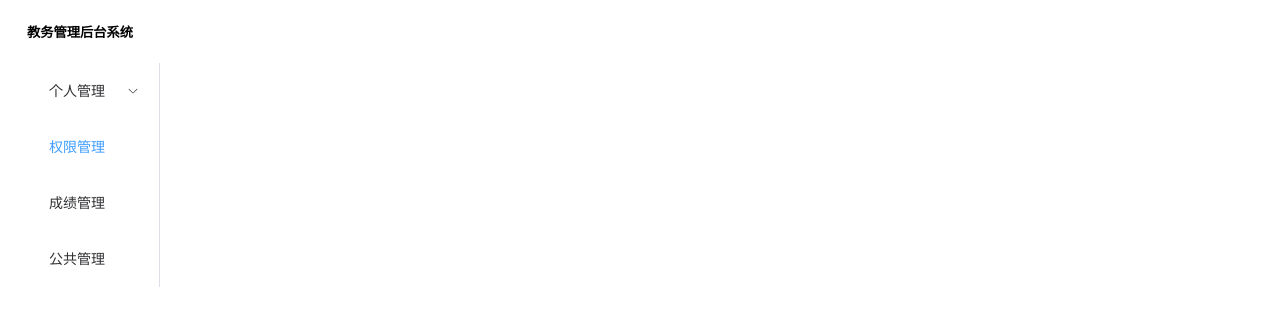
Repository: songlin-q/EducationalAdministrationSysTem
Page: /Reedit (app in EducationalAdministrationSystemUI/educationsystem/)
The author's editor kept a copy of each file at every save. The page is drawn from the files as they stood at one save, then again after the next save.
The browser window is 1280 px wide. The pictures show the whole page.
The project was rebuilt for these pictures with package versions that can differ from the ones it lists, and the page was loaded fresh each time. Also part of the build but not shown: EducationalAdministrationSystemUI/educationsystem/vue.config.js, EducationalAdministrationSystemUI/educationsystem/src/components/HelloWorld.vue, EducationalAdministrationSystemUI/educationsystem/src/components/Identity/IdentityCode.vue, EducationalAdministrationSystemUI/educationsystem/src/components/Identity/IdentityCode2.vue, EducationalAdministrationSystemUI/educationsystem/src/components/MainOne.vue.

Above is the page before, as saved 2022-05-24 11:37:44.

### EducationalAdministrationSystemUI/educationsystem/src/main.js

import { createApp } from 'vue'
import ElementPlus from 'element-plus'
import 'element-plus/dist/index.css'

import App from './App.vue'
import './assets/css/global.css'//引入全局样式表
import Router from './router/index'

// axios.defaults.baseURL="http://localhost:5072/";//基本路径

var app=createApp(App);
// app.config.globalProperties.$http=axios
app.use(ElementPlus);
app.use(Router);

app.mount('#app')

### EducationalAdministrationSystemUI/educationsystem/src/App.vue
<template>
  <router-view></router-view>
</template>

<script>
export default {
  name: "App",
};
</script>

<style>
#app {
  font-family: Avenir, Helvetica, Arial, sans-serif;
  -webkit-font-smoothing: antialiased;
  -moz-osx-font-smoothing: grayscale;
  text-align: center;
  color: #2c3e50;
  margin-top: 60px;
}
</style>

### EducationalAdministrationSystemUI/educationsystem/src/assets/css/global.css
/* 全局样式表 */
html,
body,
#app {
    height: 100%;
    margin: 0;
    padding: 0;
    color: black;
}

### EducationalAdministrationSystemUI/educationsystem/src/router/index.js
import { createWebHistory, createRouter,RootRecordRaw } from 'vue-router'//导入路由
import HelloWorld from '../components/HelloWorld.vue'
import MainInfo from '../components/MainInfo.vue'
import LoginInfo from '../components/LoginInfo.vue'
import MainOne from '../components/MainOne.vue'
//定义路由
const routes = [{
    path: '/',//组件一，path和component可以乱写，
                       //只要保持path与前面to，component和import两处相同即可
    component: LoginInfo,
    name:LoginInfo


},
{
    path: '/Reedit',//组件一，path和component可以乱写，
                       //只要保持path与前面to，component和import两处相同即可
    component: MainInfo,
    name:MainInfo,

},
{
    path: '/HelloWorld',//组件一，path和component可以乱写，
                       //只要保持path与前面to，component和import两处相同即可
    component: HelloWorld,
    name:HelloWorld,

},
{
    path: '/MainOne',//组件一，path和component可以乱写，
                       //只要保持path与前面to，component和import两处相同即可
    component: MainOne,
    name:MainOne,

},
{
    path: '/MainInfo',//组件一，path和component可以乱写，
                       //只要保持path与前面to，component和import两处相同即可
    component: MainInfo,
    name:MainInfo,

}
]
const router = createRouter({
    history: createWebHistory(),
    routes
  })

  export default router

### EducationalAdministrationSystemUI/educationsystem/src/components/MainInfo.vue
<template>
  <el-row class="tac">
    <el-col :span="3">
      <h5 class="mb-2">教务管理后台系统</h5>
      <el-menu
        default-active="2"
        class="el-menu-vertical-demo"
        @open="handleOpen"
        @close="handleClose"
      >
        <el-sub-menu index="1">
          <template #title>
            <el-icon><location /></el-icon>
            <span>个人管理</span>
          </template>
          <el-menu-item index="1-1">item one</el-menu-item>
          <el-menu-item index="1-2">item one</el-menu-item>
        </el-sub-menu>
        <el-menu-item index="2">
          <el-icon><icon-menu /></el-icon>
          <span>权限管理</span>
        </el-menu-item>
        <el-menu-item index="3">
          <el-icon><document /></el-icon>
          <span>成绩管理</span>
        </el-menu-item>
        <el-menu-item index="4">
          <el-icon><setting /></el-icon>
          <span>公共管理</span>
        </el-menu-item>
      </el-menu>
    </el-col>
  </el-row>
</template>
<script>
import {
  Document,
  Menu as IconMenu,
  Location,
  Setting,
} from "@element-plus/icons-vue";
import { GetJwtStr } from "../api/api";
export default {
  data() {
    return {
      values: "",
    };
  },
  methods: {
    requestHttp() {
      GetJwtStr().then((res) => {
        alert(res.data);
      });
    },
  },
};
</script>

### EducationalAdministrationSystemUI/educationsystem/src/components/LoginInfo.vue
<template>
  <div style="width: 100%; height: 100%" id="bcdiv">
    <el-row
      class="row-bg"
      justify="space-evenly"
      align="middle"
      style="height: 100%"
    >
      <el-col :span="8"
        ><div class="grid-content bg-purple">
          <el-row style="width: 100%" justify="space-evenly">
            <h1>教务管理后台系统</h1>
          </el-row>
          <!-- 头像显示 -->
          <el-row>
            <el-col justify="space-evenly" style="width: 100%">
              <div class="demo-basic--circle">
                <div class="block">
                  <el-avatar :size="200" :src="circleUrl" />
                </div>
              </div>
            </el-col>
          </el-row>
          <!-- 用户名、密码输入框 -->
          <el-row style="width: 100%" justify="space-evenly">
            <el-form>
              <el-form-item label="用户名" class="colors">
                <el-input v-model="longname" placeholder="Please input" />
              </el-form-item>
              <el-form-item label="密&nbsp;&nbsp;&nbsp;&nbsp;码" class="colors">
                <el-input
                  v-model="password"
                  placeholder="Please input"
                  show-password
                />
              </el-form-item>
              <el-form-item label="验证码" class="colors">
                <el-input v-model="code" placeholder="请输入验证码" />
                <span @click.stop="refreshCode" style="cursor: pointer">
                  <s-identify :identifyCode="identifyCode"></s-identify>
                </span>
              </el-form-item>
              <!-- 按钮 -->
              <el-form-item>
                <el-button type="primary" @click="login">登录</el-button>

                <el-button @click="cancel">取消</el-button>
              </el-form-item>
              <el-form-item>
                如果你还没有账号请先<a href="#" @click="dialogVisible = true"
                  >注册</a
                >
              </el-form-item>
            </el-form>
          </el-row>

          <!-- <router-link to="/Reedit">首页</router-link>
          <router-view></router-view> -->
        </div></el-col
      >
    </el-row>
    <el-dialog
      v-model="dialogVisible"
      title="注册"
      width="30%"
      :before-close="handleClose"
    >
      <span>
        <el-form :model="userInfo">
          <el-form-item label="用户名" class="colors">
            <el-input v-model="userInfo.username" placeholder="Please input" />
          </el-form-item>
          <el-form-item label="密&nbsp;&nbsp;&nbsp;&nbsp;码" class="colors">
            <el-input
              v-model="userInfo.userPassword"
              placeholder="Please input"
              show-password
            />
          </el-form-item>
          <el-form-item label="邮&nbsp;&nbsp;&nbsp;&nbsp;箱" class="colors">
            <el-input v-model="userInfo.userEmail" placeholder="Please input" />
          </el-form-item>
          <el-form-item label="手机号" class="colors">
            <el-input v-model="userInfo.userTel" placeholder="Please input" />
          </el-form-item>
          <el-form-item label="验证码" class="colors">
            <el-input v-model="userInfo.userCode" placeholder="请输入验证码" />
            <span @click.stop="refreshCode2" style="cursor: pointer">
              <SIdentify2 :identifyCode="regeditidentifyCode"></SIdentify2>
            </span>
          </el-form-item>
        </el-form>
      </span>
      <template #footer>
        <span class="dialog-footer">
          <el-button @click="dialogVisible = false">取消</el-button>
          <el-button type="primary" @click="regeditsFun">注册</el-button>
        </span>
      </template>
    </el-dialog>
  </div>
</template>
<script>
import logoUrl from "../assets/Head.jpg";
import { ref } from "vue";

//这里验证码的组件使用的最笨的方法，后续优化的话可以只使用一个组件，将ID传入到父组件中就可以了
import SIdentify from "../components/Identity/IdentityCode.vue";
import SIdentify2 from "../components/Identity/IdentityCode2.vue";

export default {
  data() {
    return {
      longname: "张三",
      password: "123456",
      email: "442534979@qq.com",
      code: "",
      regeditcode: "",
      circleUrl: logoUrl,
      phone: "15356479454",
      dialogVisible: ref(false), //弹出层的使用
      // 图片验证码
      identifyCode: "8Hy0", //默认值
      regeditidentifyCode: "u8y7", //注册验证码
      // 验证码规则
      identifyCodes: "3456789ABCDEFGHGKMNPQRSTUVWXY",
      //创建一个用户类
      userInfo: {
        username: "李四",
        userTel: "18737890098",
        userEmail: "18737890098@q63.com",
        userCode: "",
        userPassword: "lisi",
      },
    };
  },
  components: {
    SIdentify,
    SIdentify2,
  },
  methods: {
    //登录方法
    login() {
      if (this.identifyCode.toLowerCase() == this.code.toLowerCase()) {
        //使用路由进行页面跳转
        this.$router.push({
          path: "/MainInfo",
        });
      } else {
        alert("你输入的验证码不正确!");
      }
    },
    //取消方法
    cancel() {
      alert("你已经取消登录!");
    },
    // 切换验证码
    refreshCode() {
      this.identifyCode = "";

      this.makeCode(this.identifyCodes, 4);
    },
    refreshCode2() {
      this.regeditidentifyCode = "";

      this.makeCode2(this.identifyCodes, 4);
    },
    // 生成随机验证码
    makeCode(o, l) {
      for (let i = 0; i < l; i++) {
        this.identifyCode +=
          this.identifyCodes[
            Math.floor(Math.random() * (this.identifyCodes.length - 0) + 0)
          ];
      }
    },
    makeCode2(o, l) {
      for (let i = 0; i < l; i++) {
        this.regeditidentifyCode +=
          this.identifyCodes[
            Math.floor(Math.random() * (this.identifyCodes.length - 0) + 0)
          ];
      }
    },

    //注册方法
    regeditsFun() {
      alert("你已经在注册了");
      this.dialogVisible = false;
    },
  },
};
</script>
<style>
#bcdiv {
  /* background-image: url(../assets/background.jpeg); */
  width: 100%;
  height: 100%;
  position: fixed;
  background-size: 100% 100%;
}
#LoginMainDiv {
  width: 30%;
  height: 50%;
  background-color: aqua;
}
.colors .el-form-item__label {
  color: black;
}
.demo-basic {
  text-align: center;
}
.el-row {
  margin-bottom: 1.25rem;
}
.el-row:last-child {
  margin-bottom: 0;
}
.el-col {
  border-radius: 0.25rem;
  /* background-color: antiquewhite; */
}

.bg-purple {
  height: 34.375rem;
}
.grid-content {
  border-radius: 0.25rem;
  min-height: 2.25rem;
}
</style>

### EducationalAdministrationSystemUI/educationsystem/src/api/api.js

import {doPost,doGet} from './commonRequest'

export function GetJwtStr(query) {
    return doPost('/api/Login/GetTokenInfo', query)
}

### EducationalAdministrationSystemUI/educationsystem/src/api/commonRequest.js
//公共模板方法
import request from '../utils/request'

export function doPost(url, data) {
    return request({
      url: url,
      method: 'post',
      data
    })
  }
  export function doGet(url, params) {
    return request({
      url: url,
      method: 'get',
      params
    })
  }
  // 导出Excel公用方法
export function exportMethod(url, data, filename) {
    return request({
        method: 'post',
        url: url,
        data,
        responseType: 'blob'
    }).then((res) => {
      console.log('文件开始处理')
      console.log(res)

        const link = document.createElement('a')
        const blob = new Blob([res], { type: 'application/vnd.openxmlformats-officedocument.spreadsheetml.sheet' })// { type: 'application/vnd.ms-excel' })
        link.style.display = 'none'
        link.href = URL.createObjectURL(blob)

        // link.download = res.headers['content-disposition'] //下载后文件名
        link.download = filename // 下载的文件名
        document.body.appendChild(link)
        link.click()
        document.body.removeChild(link)
    }).catch(error => {
        this.$Notice.error({
            title: '错误',
            desc: '网络连接错误'
        })
        console.log(error)
    })
  }

### EducationalAdministrationSystemUI/educationsystem/src/utils/request.js
import axios from 'axios'


// 配置访问后台接口地址
const service = axios.create({
    baseURL: "http://localhost:5072/",
    // withCredentials: true, // send cookies when cross-domain requests
    timeout: 60000 // request timeout
})

// request interceptor
export default service

Loaded but not shown: EducationalAdministrationSystemUI/educationsystem/public/index.html (common file)

After the next save:
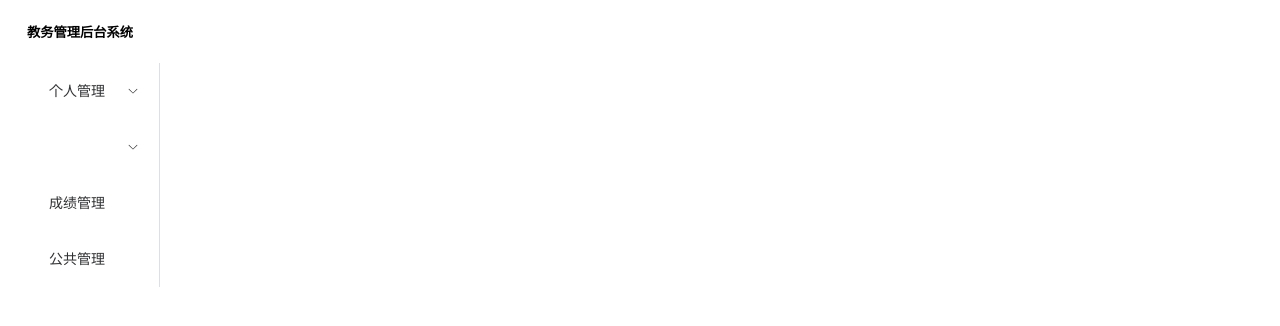
Saved 12 s later.
--- a/EducationalAdministrationSystemUI/educationsystem/src/components/MainInfo.vue
+++ b/EducationalAdministrationSystemUI/educationsystem/src/components/MainInfo.vue
@@ -16,10 +16,10 @@
           <el-menu-item index="1-1">item one</el-menu-item>
           <el-menu-item index="1-2">item one</el-menu-item>
         </el-sub-menu>
-        <el-menu-item index="2">
+        <el-sub-menu index="2">
           <el-icon><icon-menu /></el-icon>
           <span>权限管理</span>
-        </el-menu-item>
+        </el-sub-menu>
         <el-menu-item index="3">
           <el-icon><document /></el-icon>
           <span>成绩管理</span>
